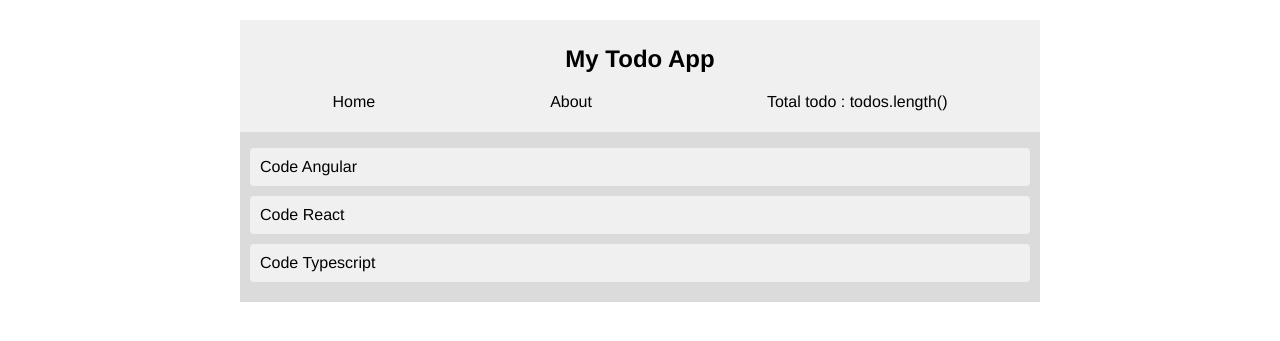
Repository: DTien93/Todo-Typescript
Page: / (app in my-app/)
The author's editor kept a copy of each file at every save. The page is drawn from the files as they stood at one save, then again after the next save.
The browser window is 1280 px wide. The pictures show the whole page.
The project was rebuilt for these pictures with package versions that can differ from the ones it lists, and the page was loaded fresh each time. Imported but missing from the stored project, and not drawn on this page: my-app/src/serviceWorker.

Above is the page before, as saved 2021-10-16 18:06:54.

### my-app/src/index.tsx
import React from 'react';
import ReactDOM from 'react-dom';
import './index.css';
import App from './App';
import store from './store'
import { Provider } from 'react-redux';
import * as serviceWorker from './serviceWorker';

ReactDOM.render(
  <React.StrictMode>
    <Provider store={store}>
      <App />
      </Provider>
  </React.StrictMode>,
  document.getElementById('root')
);

// If you want your app to work offline and load faster, you can change
// unregister() to register() below. Note this comes with some pitfalls.
// Learn more about service workers: https://bit.ly/CRA-PWA
serviceWorker.unregister();

### my-app/src/index.css
.App {
  font-family: Avenir, Helvetica, Arial, sans-serif;
  -webkit-font-smoothing: antialiased;
  -moz-osx-font-smoothing: grayscale;
  background: rgb(219, 219, 219);
  margin: 20px auto;
  width: 90%;
  max-width: 800px;
 }

### my-app/src/App.tsx
import React from 'react'
import './App.css'
import './index.css'
import Navbar from './components/Navbar'
import Todos from './components/Todos'
const App = () => {
  return (
    <div className='App'>
      <Navbar />
      <Todos/>
    </div>
  )
}

export default App

### my-app/src/store/index.ts
import { createSlice } from '@reduxjs/toolkit'
import { configureStore } from '@reduxjs/toolkit'


interface TodoState {
    allTodos: {}
}

const initialState: TodoState = {
    allTodos: [
        {
            id: 1,
            title: 'Code Angular'
        },
        {
            id: 2,
            title: 'Code React'
        },
        {
            id: 3,
            title: 'Code Typescript'
        }
    ]
}
export const todoSlice = createSlice({
    name: 'todos',
    initialState,
    reducers: {

    }
})

// Reducer
// Create Reducer
const todosReducer = todoSlice.reducer

// Create store save data
const store = configureStore({
    reducer: {
        todosReducer
    }
})


// Selector get data
export const todosSelector = (state: { todosReducer: { allTodos: any } }) => state.todosReducer.allTodos

// Export store
export default  store

### my-app/src/App.css
.todo-list ul {
  padding: 0 10px 10px 10px;
  list-style-type: none;
 }

 .todo-list li {
  padding: 10px;
  cursor: pointer;
  margin: 10px 0;
  border-radius: 4px;
  background: rgb(240, 240, 240);
  color: black;
 }

 .todo-list li input[type='checkbox'] {
  -ms-transform: scale(2); /* IE */
  -moz-transform: scale(2); /* FF */
  -webkit-transform: scale(2); /* Safari and Chrome */
  -o-transform: scale(2); /* Opera */
  transform: scale(2);
  padding: 10px;
  float: right;
 }

 .todo-list li.completed {
  background: rgb(119, 218, 243);
 }

 .todo-list li button {
  float: right;
  margin-right: 20px;
 }

 .todo-list li button:hover {
  cursor: pointer;
  background: red;
  color: white;
 }

 /* Navbar */
 .navbar {
  padding: 5px;
  text-align: center;
  background: rgb(240, 240, 240);
  color: black;
 }

 .navbar ul {
  display: flex;
  justify-content: space-around;
  align-items: center;
  list-style: none;
  padding: 0;
 }

 /* TodoForm */
 form {
  padding: 10px;
 }

 input[type='text'] {
  width: 100%;
  box-sizing: border-box;
  padding: 10px;
  margin: 6px 0;
  border: 0;
 }

 input[type='submit'] {
  margin: 10px auto;
  padding: 10px;
  border: 0;
  display: block;
 }

### my-app/src/components/Navbar.tsx
import React from 'react'
import { todosSelector } from '../store'
import { useSelector } from 'react-redux'

const Navbar = () => {
    const todos = useSelector(todosSelector)
    return (
        <div className='navbar'>
            <h2>My Todo App</h2>
            <ul>
                <li>Home</li>
                <li>About</li>
                <li>Total todo : todos.length()</li>
            </ul>
        </div>
    )
}

export default Navbar

### my-app/src/components/Todos.tsx
import React  from 'react'
import { useSelector } from 'react-redux'
import { todosSelector } from '../store'

const Todos = () => {
    const todos = useSelector(todosSelector)
    return (
        <div className='todo-list'>
            <ul>
            {
                todos.map((todo: { title: string }) => (
                    <li>{todo.title}</li>
                ))
            }
          </ul>
        </div>
    )
}

export default Todos

After the next save:
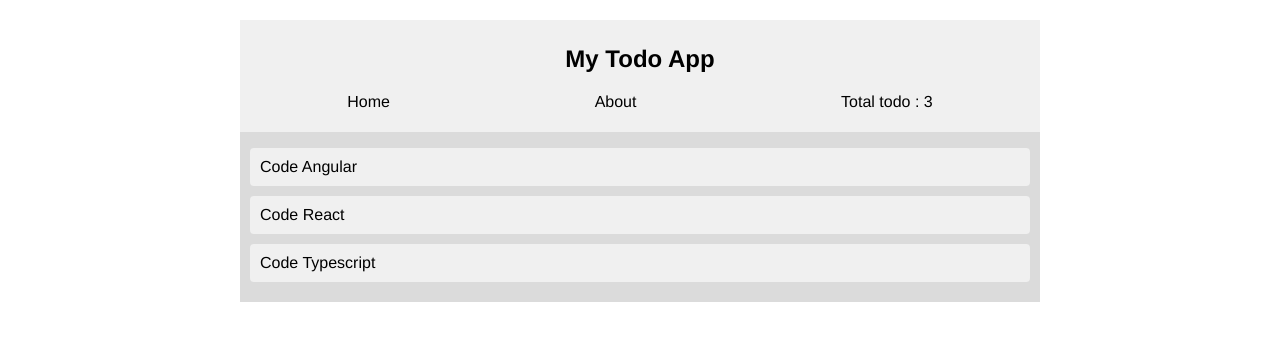
Saved 13 s later.
--- a/my-app/src/components/Navbar.tsx
+++ b/my-app/src/components/Navbar.tsx
@@ -10,7 +10,7 @@ const Navbar = () => {
             <ul>
                 <li>Home</li>
                 <li>About</li>
-                <li>Total todo : todos.length()</li>
+                <li>Total todo : {todos.length}</li>
             </ul>
         </div>
     )
